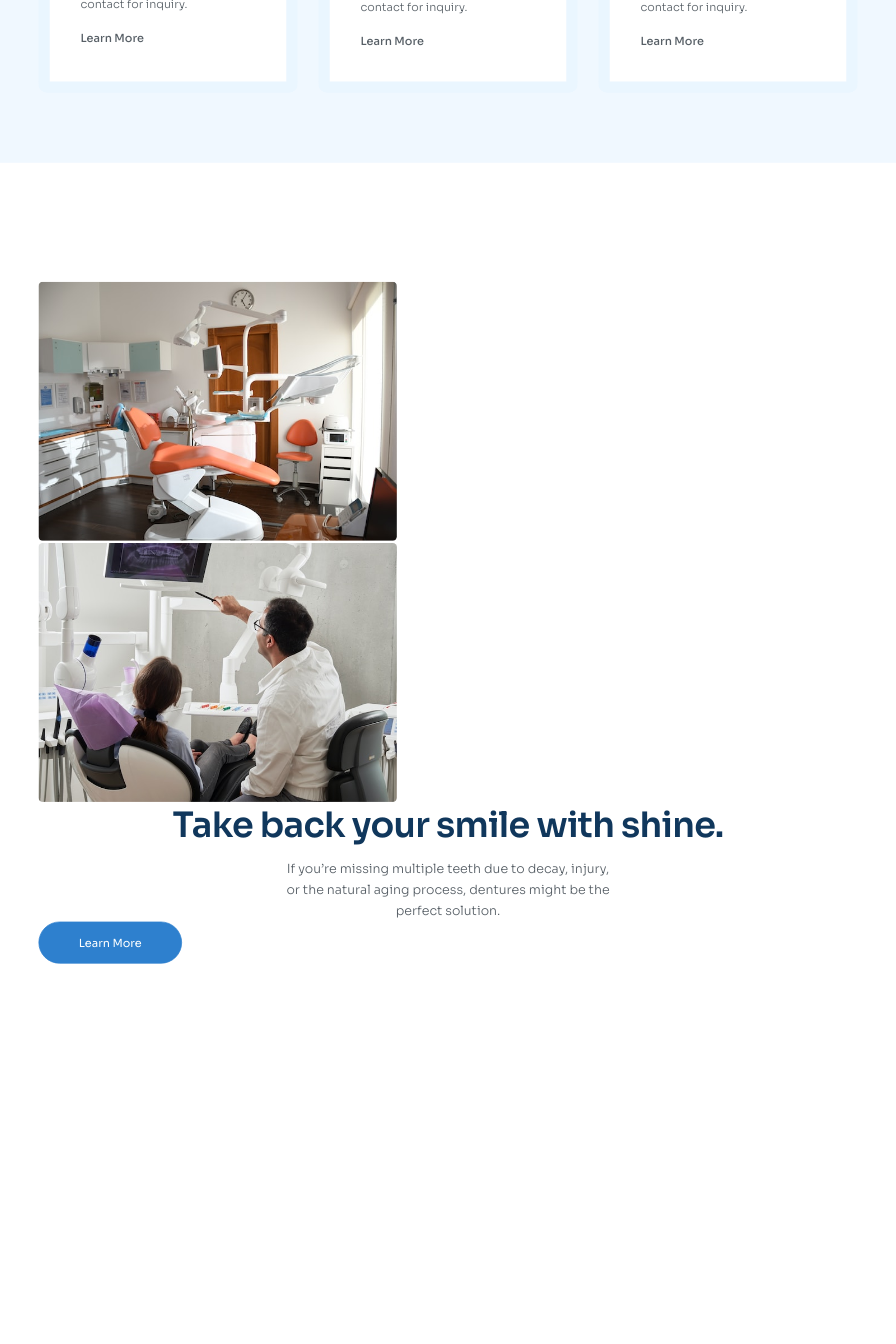
Repository: han2003dz/f8-project-03
Page: index.html
The author's editor kept a copy of each file at every save. The page is drawn from the files as they stood at one save, then again after the next save.
The browser window is 1280 px wide. The pictures show the part of the page from y = 2471 to 4391 px (the page is 6000 px tall), at 70% of full size.

Above is the page before, as saved 2023-05-06 20:59:07.

After the next save:
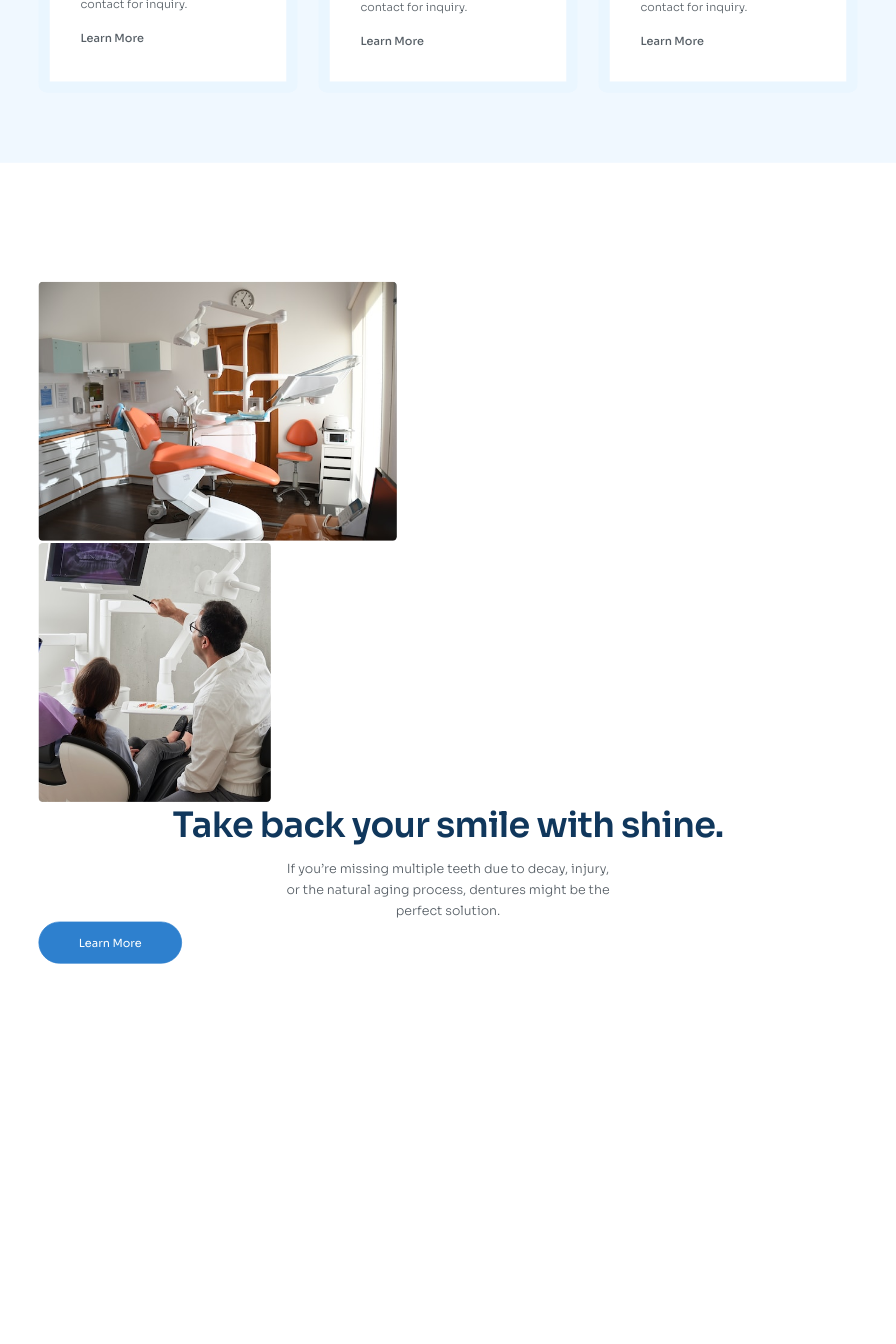
Saved 8 s later.
--- a/assets/css/style.css
+++ b/assets/css/style.css
@@ -362,4 +362,6 @@ a {
   border-radius: 6px;
   object-fit: cover;
 }
-.feature__img
+.feature__img:last-child{
+  width: 332px;
+}
